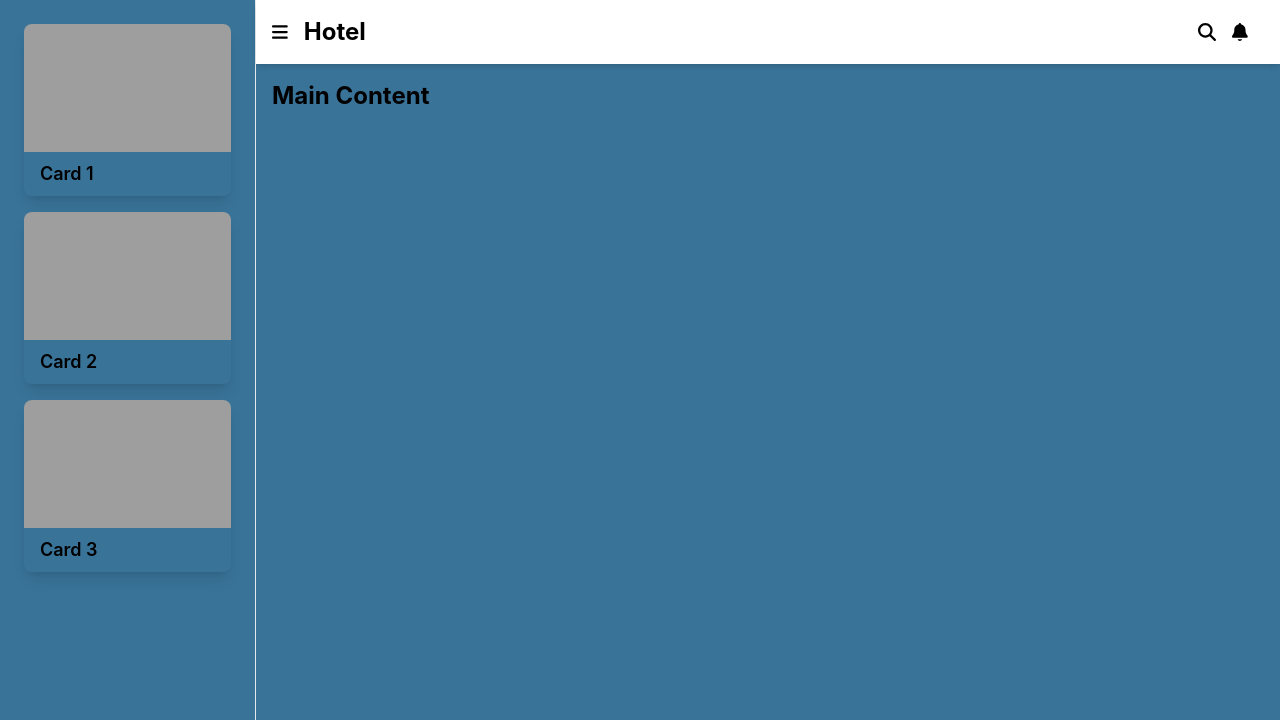
Repository: musabismael/Hotel
Page: /
The author's editor kept a copy of each file at every save. The page is drawn from the files as they stood at one save, then again after the next save.
The browser window is 1280 px wide. The pictures show the whole page.
Pictures or frames that could not be fetched are drawn as grey boxes. The project was rebuilt for these pictures with package versions that can differ from the ones it lists, and the page was loaded fresh each time. Also part of the build but not shown: vite.config.js.

Above is the page before, as saved 2023-09-30 14:28:29.

### index.html
<!doctype html>
<html lang="en">
  <head>
    <meta charset="UTF-8" />
    <link rel="icon" type="image/svg+xml" href="/vite.svg" />
    <meta name="viewport" content="width=device-width, initial-scale=1.0" />
    <title>Hotel</title>
  </head>
  <body>
    <div id="root"></div>
    <script type="module" src="/src/main.jsx"></script>
  </body>
</html>

### src/App.jsx
import Header from "./component/Header";
import Sidebar from "./component/Sidebar";

function App() {
  return (
    <div className="flex">
      <Sidebar />

      <div className="flex-1">
        <Header />
        {/* Your main content goes here */}
        <main className="p-4">
          <h2 className="text-2xl font-bold">Main Content</h2>
          {/* Add your content here */}
        </main>
      </div>
    </div>
  );
}

export default App;

### src/index.css
@tailwind base;
@tailwind components;
@tailwind utilities;

:root {
  font-family: Inter, system-ui, Avenir, Helvetica, Arial, sans-serif;
  line-height: 1.5;
  font-weight: 400;

  background-color:#397398;

  font-synthesis: none;
  text-rendering: optimizeLegibility;
  -webkit-font-smoothing: antialiased;
  -moz-osx-font-smoothing: grayscale;
  -webkit-text-size-adjust: 100%;
}

### src/component/Header.jsx
import { FontAwesomeIcon } from "@fortawesome/react-fontawesome";
import { faBars, faBell, faSearch } from "@fortawesome/free-solid-svg-icons";

function Header() {
  return (
    <header className="bg-white shadow-md p-4 flex justify-between items-center">
      <div className="flex items-center">
        <FontAwesomeIcon
          icon={faBars}
          className="text-black mr-4 text-lg color"
        />
        <h1 className="text-2xl font-bold text-black">Hotel</h1>
      </div>
      <div className="flex items-center">
        <FontAwesomeIcon icon={faSearch} className="text-black text-lg mr-4" />
        <FontAwesomeIcon icon={faBell} className="text-black text-lg mr-4" />

        {/* Add other icons or elements on the right side here */}
      </div>
    </header>
  );
}

export default Header;

### src/component/Sidebar.jsx
import Card from "./Card";

const Sidebar = () => {

  const cardData = [
    {
      id: 1,
      title: "Card 1",
      imageUrl: "https://placeimg.com/300/200/nature",
    },
    {
      id: 2,
      title: "Card 2",
      imageUrl: "https://placeimg.com/300/200/animals",
    },
    {
      id: 3,
      title: "Card 3",
      imageUrl: "https://placeimg.com/300/200/architecture",
    },

  ];
  const handleCardClick = (id) => {
    console.log(`Card with ID ${id} clicked`);
  };
  return (
    <aside className="#3f7b9f  w-1/5 min-h-screen p-2 border-r border-gray">
      <nav>

        {cardData.map((card) => (
          <Card
            key={card.id}
            imageUrl={card.imageUrl}
            title={card.title}
            onClick={() => handleCardClick(card.id)}
          />
        ))}
      </nav>
    </aside>
  );
};

export default Sidebar;

### src/component/Card.jsx
function Card({ imageUrl, title, onClick }) {
  return (
    <div
      className="max-w-sm  mx-4 my-4 cursor-pointer shadow-lg rounded-lg overflow-hidden hover:shadow-xl transition duration-300 transform hover:scale-105"
      onClick={onClick}
    >
      <img src={imageUrl} alt={title} className="w-full h-32 object-cover" />
      <div className="px-4 py-2">
        <h3 className="text-lg text-withe font-semibold">{title}</h3>
        {/* Add more content or description here if needed */}
      </div>
    </div>
  );
}

export default Card;

Loaded but not shown: src/main.jsx (common file); tailwind.config.js (common file)

After the next save:
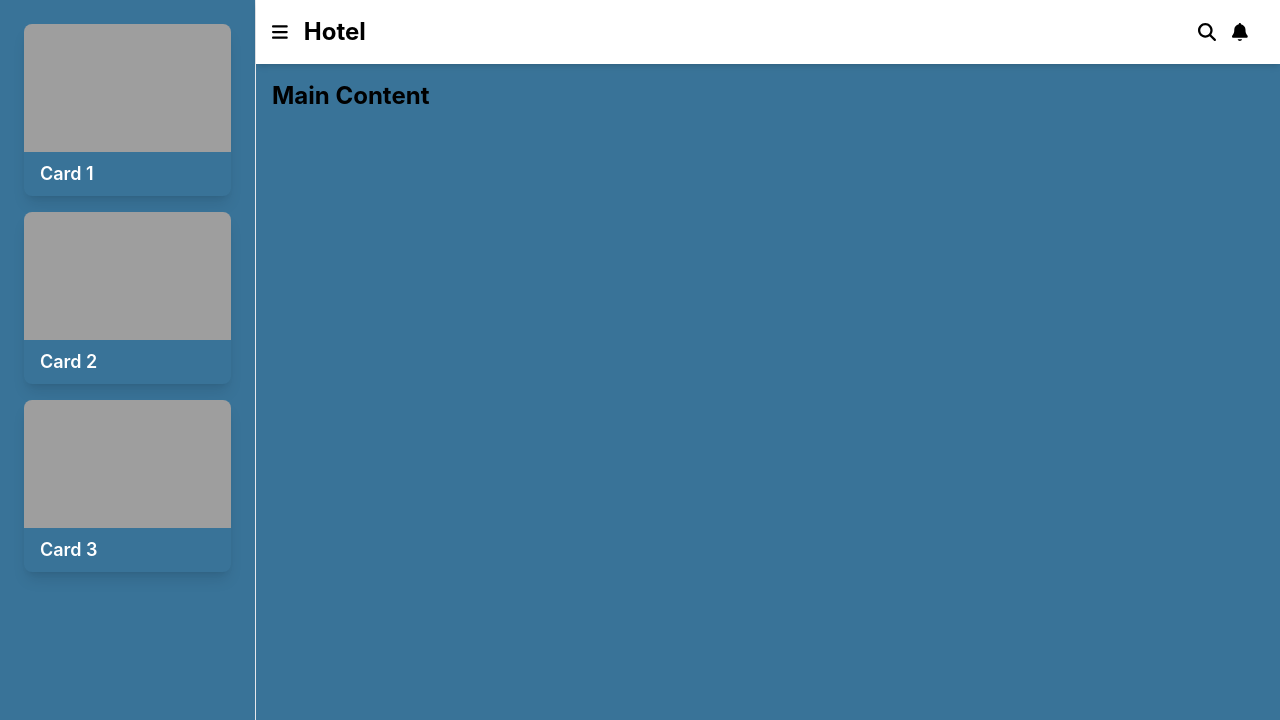
Saved 18 s later.
--- a/src/component/Card.jsx
+++ b/src/component/Card.jsx
@@ -6,7 +6,7 @@ function Card({ imageUrl, title, onClick }) {
     >
       <img src={imageUrl} alt={title} className="w-full h-32 object-cover" />
       <div className="px-4 py-2">
-        <h3 className="text-lg text-withe font-semibold">{title}</h3>
+        <h3 className="text-lg text-white font-semibold">{title}</h3>
         {/* Add more content or description here if needed */}
       </div>
     </div>
